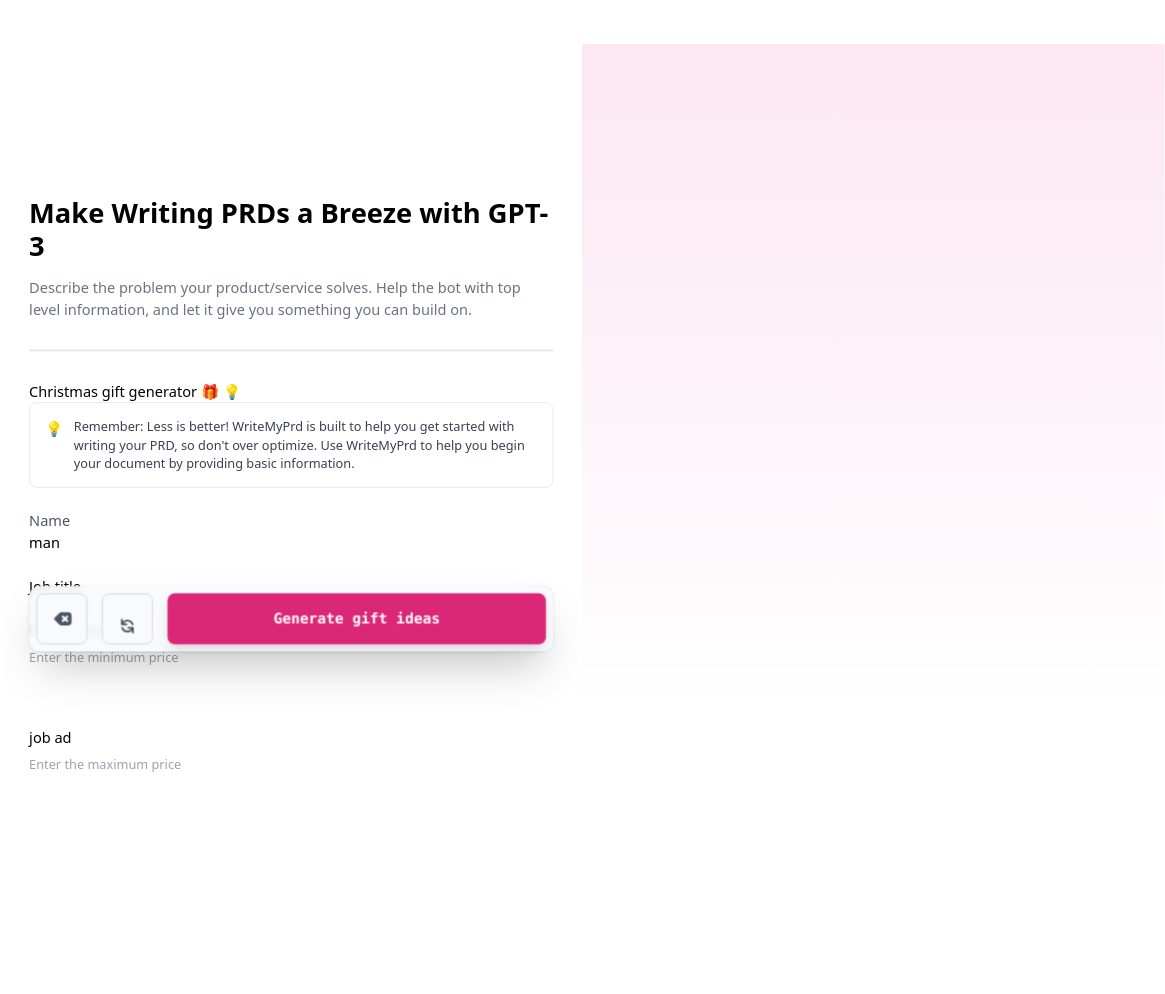
Repository: hamza-mastar/chatgpt-jpbad
Page: /
These files come from the project's save history. The page is drawn as it stood at one moment and after the next save; the edit follows.
The browser window is 1280 px wide. The pictures show the whole page, at 91% of full size.
The project was rebuilt for these pictures with package versions that can differ from the ones it lists, and the page was loaded fresh each time. The framework's server and built-in components were replaced by stand-ins that run in the browser.

Above is the page before, as saved 2023-01-30 04:52:21.

After the next save:
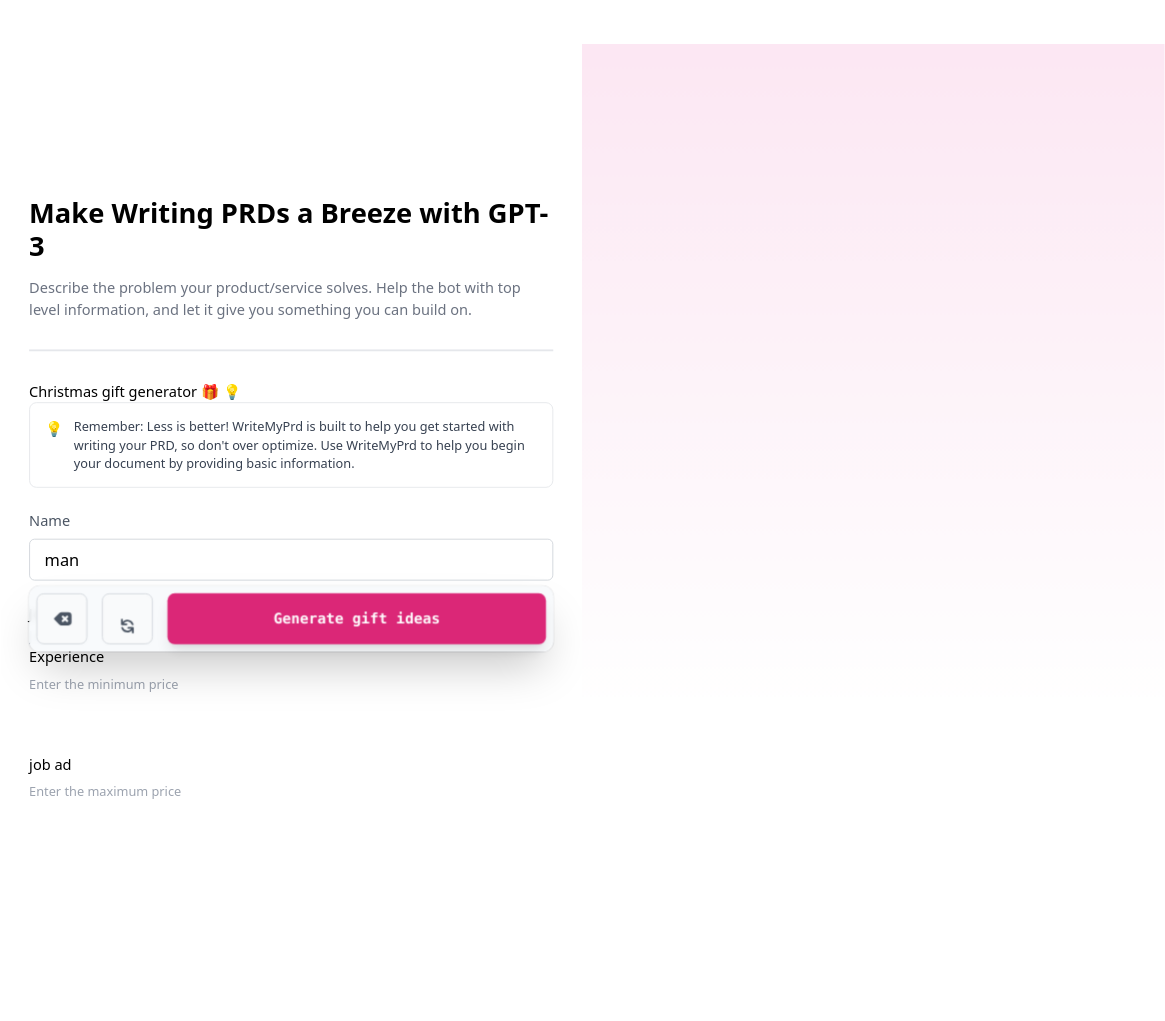
Saved 77 s later.
--- a/pages/index.js
+++ b/pages/index.js
@@ -78,7 +78,7 @@ export default function Home() {
         <div>
           <div class="py-6">
           <label class="relative transition text-gray-600 focus-within:text-gray-800 block" >Name</label>
-          <input class="form-input w-full"
+          <input class="outline-none focus:outline-none text-lg bg-white rounded-md px-4 py-2 w-full border  focus:border-gray-400 border-gray-300 font-regular mt-2 transition-all undefined "
             type="text"
             name="name"
             placeholder="Enter the Name"
